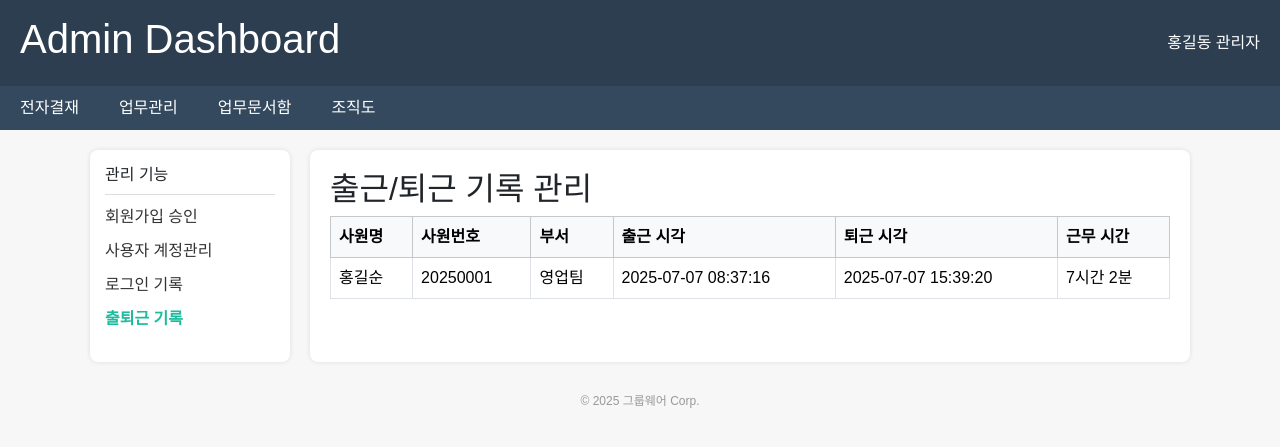
Repository: hyunbin7664/web-java-workspace
Page: groupware/src/main/webapp/admin_attendance_log.html
The author's editor kept a copy of each file at every save. The page is drawn from the files as they stood at one save, then again after the next save.
The browser window is 1280 px wide. The pictures show the whole page.

Above is the page before, as saved 2025-07-07 08:30:52.

### groupware/src/main/webapp/admin_attendance_log.html
<!DOCTYPE html>
<html lang="ko">
<head>
<meta charset="UTF-8">
<title>출근/퇴근 기록 관리</title>
<link
	href="https://cdn.jsdelivr.net/npm/bootstrap@5.3.2/dist/css/bootstrap.min.css"
	rel="stylesheet">
<style>
body {
	background-color: #f7f7f7;
	font-family: Arial, sans-serif;
	margin: 0;
}

header {
	background-color: #2c3e50;
	color: white;
	padding: 15px 20px;
	display: flex;
	justify-content: space-between;
	align-items: center;
}

nav {
	display: flex;
	background-color: #34495e;
}

nav a {
	padding: 10px 20px;
	color: white;
	text-decoration: none;
	display: inline-block;
}

nav a:hover, nav a.active {
	background-color: #1abc9c;
}

.container {
	display: flex;
	padding: 20px;
}

.sidebar {
	width: 200px;
	background-color: white;
	border-radius: 8px;
	padding: 15px;
	margin-right: 20px;
	box-shadow: 0 0 5px rgba(0, 0, 0, 0.1);
}

.sidebar h3 {
	margin-top: 0;
	font-size: 16px;
	border-bottom: 1px solid #ddd;
	padding-bottom: 10px;
}

.sidebar ul {
	list-style: none;
	padding: 0;
}

.sidebar ul li {
	margin: 10px 0;
}

.sidebar ul li a {
	color: #333;
	text-decoration: none;
}

.sidebar ul li a.active, .sidebar ul li a:hover {
	color: #1abc9c;
	font-weight: bold;
}

.main-content {
	flex: 1;
	background-color: white;
	border-radius: 8px;
	padding: 20px;
	box-shadow: 0 0 5px rgba(0, 0, 0, 0.1);
}

footer {
	text-align: center;
	padding: 10px;
	font-size: 12px;
	color: #999;
}
</style>
</head>
<body>
	<header>
		<h1>
			<a href="admin_dashboard.html" style="text-decoration: none; color: inherit;">Admin Dashboard</a>
		</h1>
		<div>홍길동 관리자</div>
	</header>
	<nav>
		<a href="#">전자결재</a>
		<a href="#">업무관리</a>
		<a href="#">업무문서함</a>
		<a href="#">조직도</a>
	</nav>
	<div class="container">
		<div class="sidebar">
			<h3>관리 기능</h3>
			<ul>
				<li><a href="employee_approval.html">회원가입 승인</a> </li>
				<li><a href="user_list.html">사용자 계정관리</a> </li>
				<li><a href="login_log.html">로그인 기록</a> </li>
				<li><a href="attendance_log.html" class="active">출퇴근 기록</a></li>
			</ul>
		</div>
		<div class="main-content">
			<h2>출근/퇴근 기록 관리</h2>
			<table class="table table-bordered align-middle">
				<thead class="table-light">
					<tr>
						<th>사원명</th>
						<th>사원번호</th>
						<th>부서</th>
						<th>출근 시각</th>
						<th>퇴근 시각</th>
						<th>근무 시간</th>
					</tr>
				</thead>
				<tbody>
					<tr>
						<td>홍길순</td>
						<td>20250001</td>
						<td>영업팀</td>
						<td>2025-07-07 08:37:16</td>
						<td>2025-07-07 15:39:20</td>
						<td>7시간 2분</td>
					</tr>
					<!-- 추가 행 -->
				</tbody>
			</table>
		</div>
	</div>
	<footer>© 2025 그룹웨어 Corp.</footer>
</body>
</html>

After the next save:
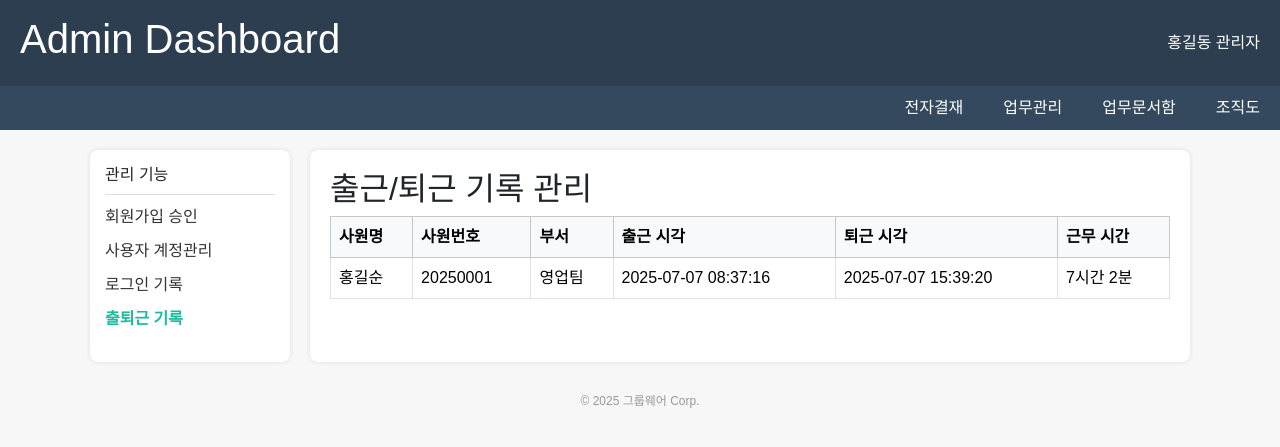
Saved 13 s later.
--- a/groupware/src/main/webapp/admin_attendance_log.html
+++ b/groupware/src/main/webapp/admin_attendance_log.html
@@ -24,6 +24,7 @@ header {
 
 nav {
 	display: flex;
+	justify-content: flex-end;
 	background-color: #34495e;
 }
 
